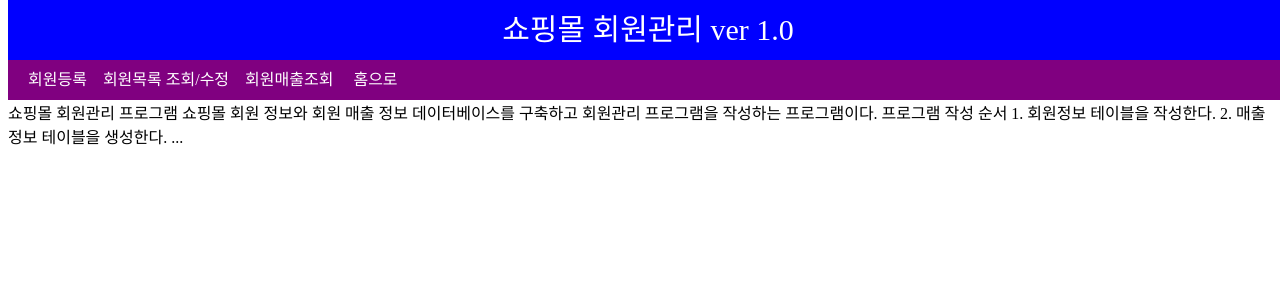
Repository: haileylee94/mini-project
Page: http://localhost/hrd/
These files come from the project's save history. The page is drawn as it stood at one moment and after the next save; the edit follows.
The browser window is 1280 px wide. The pictures show the whole page.
The page is served by Tomcat 9.

Above is the page before, as saved 2022-11-17 09:25:31.

After the next save:
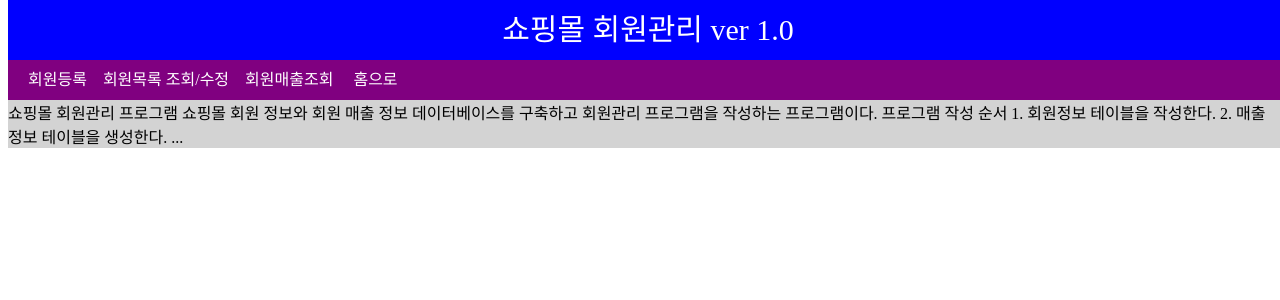
Saved 57 min 55 s later.
--- a/hrd/WebContent/index.jsp
+++ b/hrd/WebContent/index.jsp
@@ -30,6 +30,7 @@
 	section{
 		position: fixed;
 		top: 100px;
+		background-color: lightgray;
 	}
 </style>
 </head>
